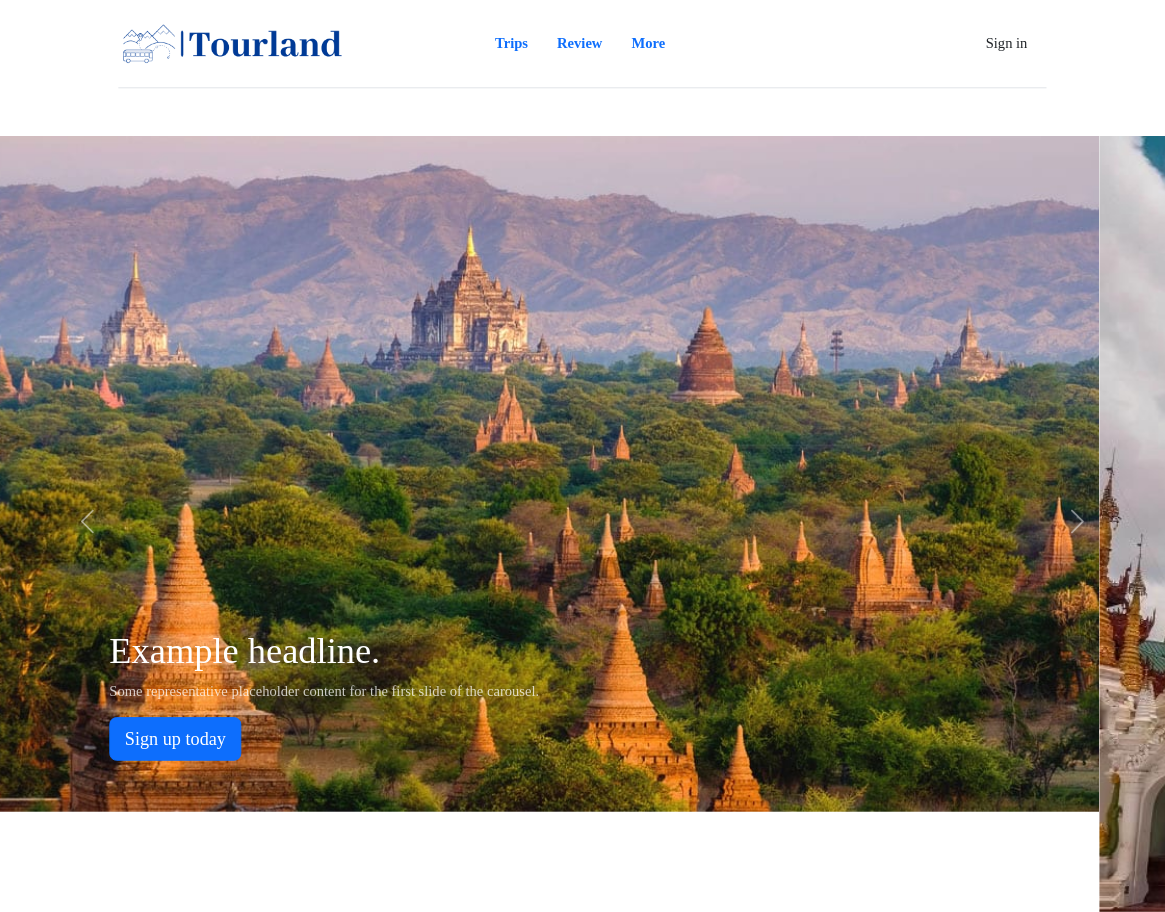
Repository: nyeinsu4520/tourland
Page: http://localhost/index
These files come from the project's save history. The page is drawn as it stood at one moment and after the next save; the edit follows.
The browser window is 1280 px wide. The pictures show the whole page, at 91% of full size.
Some web fonts or font styles are not loaded; a fallback is used. The page is this project's Thymeleaf template; nobody is signed in. The template is opened directly, without the code that normally fills it, so the values that code supplies are empty.

Above is the page before, as saved 2024-05-31 16:57:55.

After the next save:
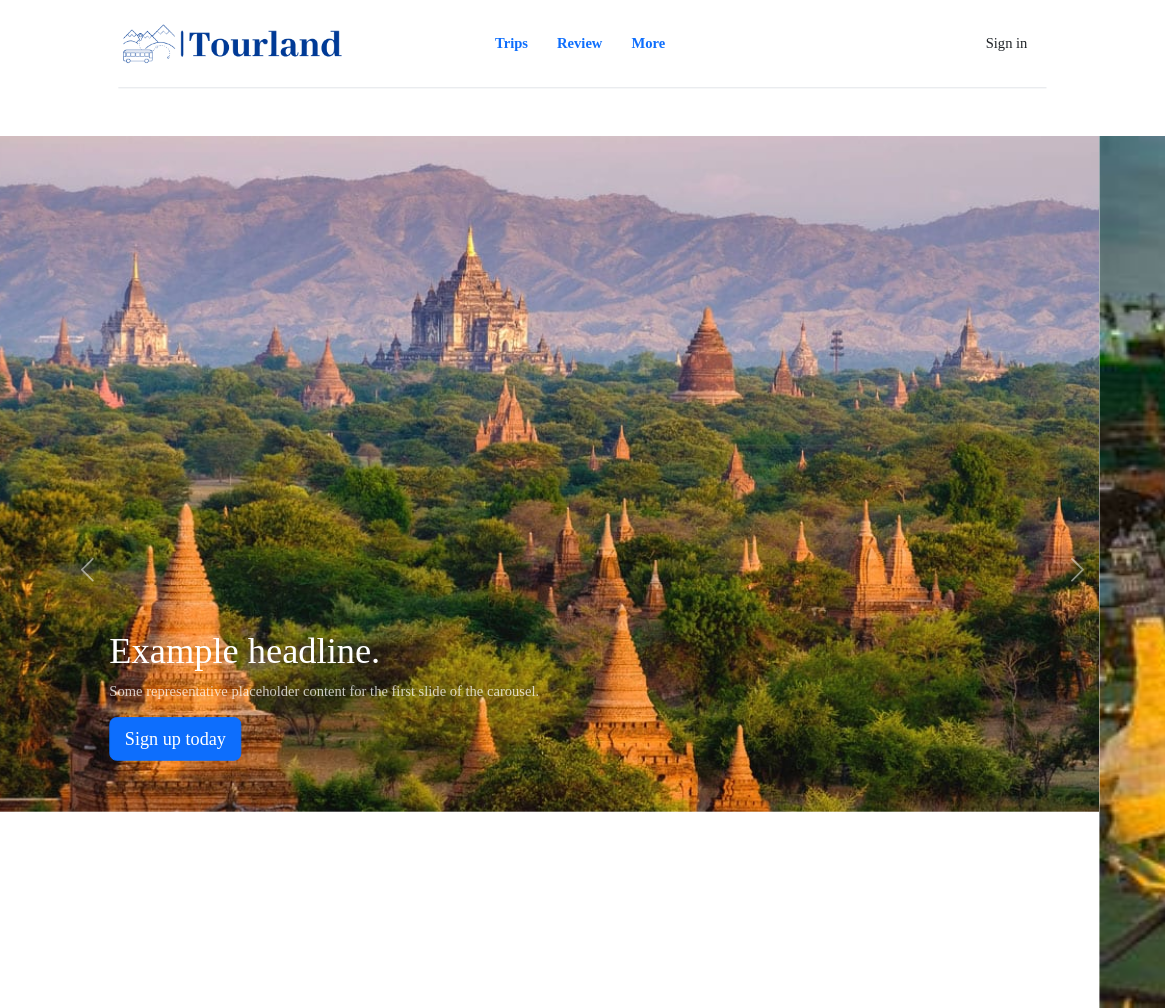
Saved 22 s later.
--- a/Tourland/src/main/resources/templates/index.html
+++ b/Tourland/src/main/resources/templates/index.html
@@ -96,7 +96,7 @@
           </div>
         </div>
         <div class="carousel-item">
-          <img src="./image/img/shwedagon.jpg" width="100%" >
+          <img src="./image/img/sulay.jfif" width="100%" >
           <div class="container">
             <div class="carousel-caption">
               <h1>Another example headline.</h1>

After the save that followed:
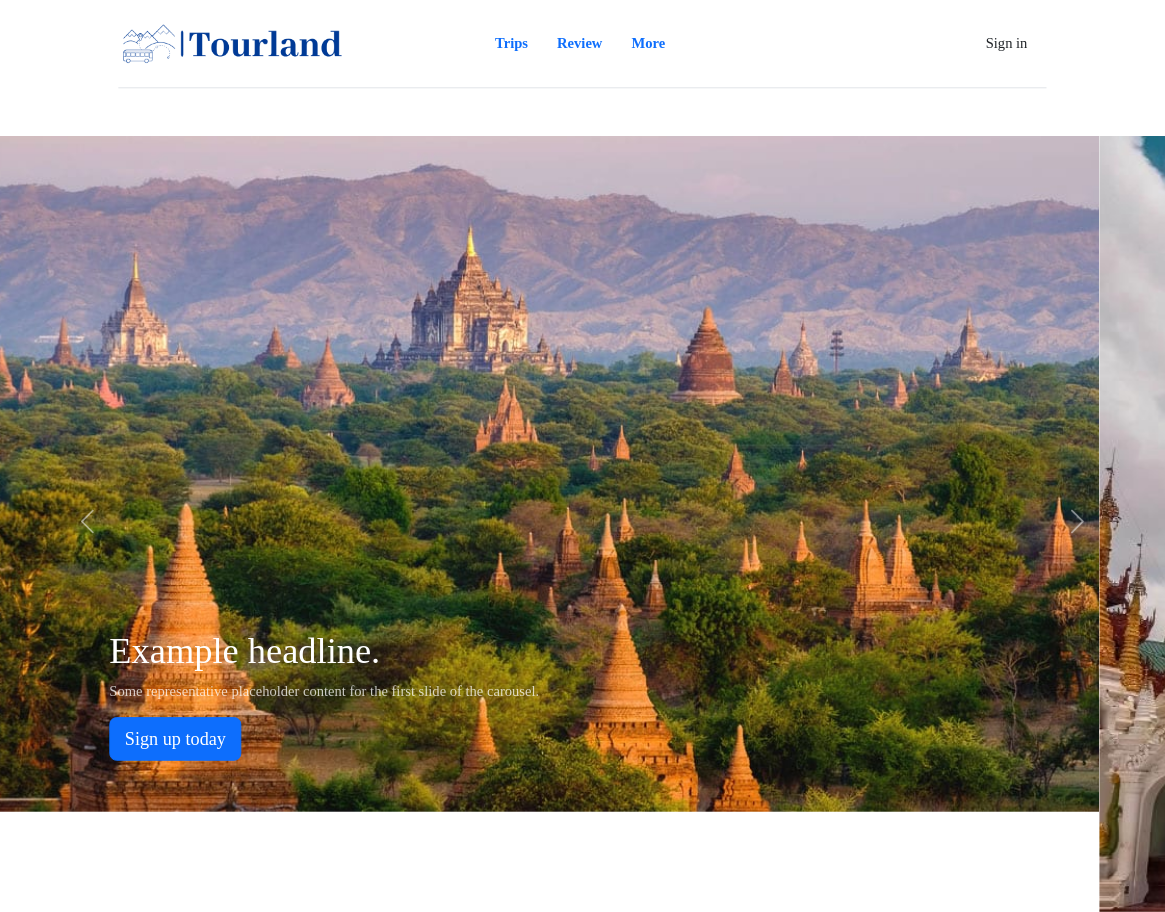
Saved 11 s later.
--- a/Tourland/src/main/resources/templates/index.html
+++ b/Tourland/src/main/resources/templates/index.html
@@ -96,7 +96,7 @@
           </div>
         </div>
         <div class="carousel-item">
-          <img src="./image/img/sulay.jfif" width="100%" >
+          <img src="./image/img/shwedagon.jpg" width="100%" >
           <div class="container">
             <div class="carousel-caption">
               <h1>Another example headline.</h1>
